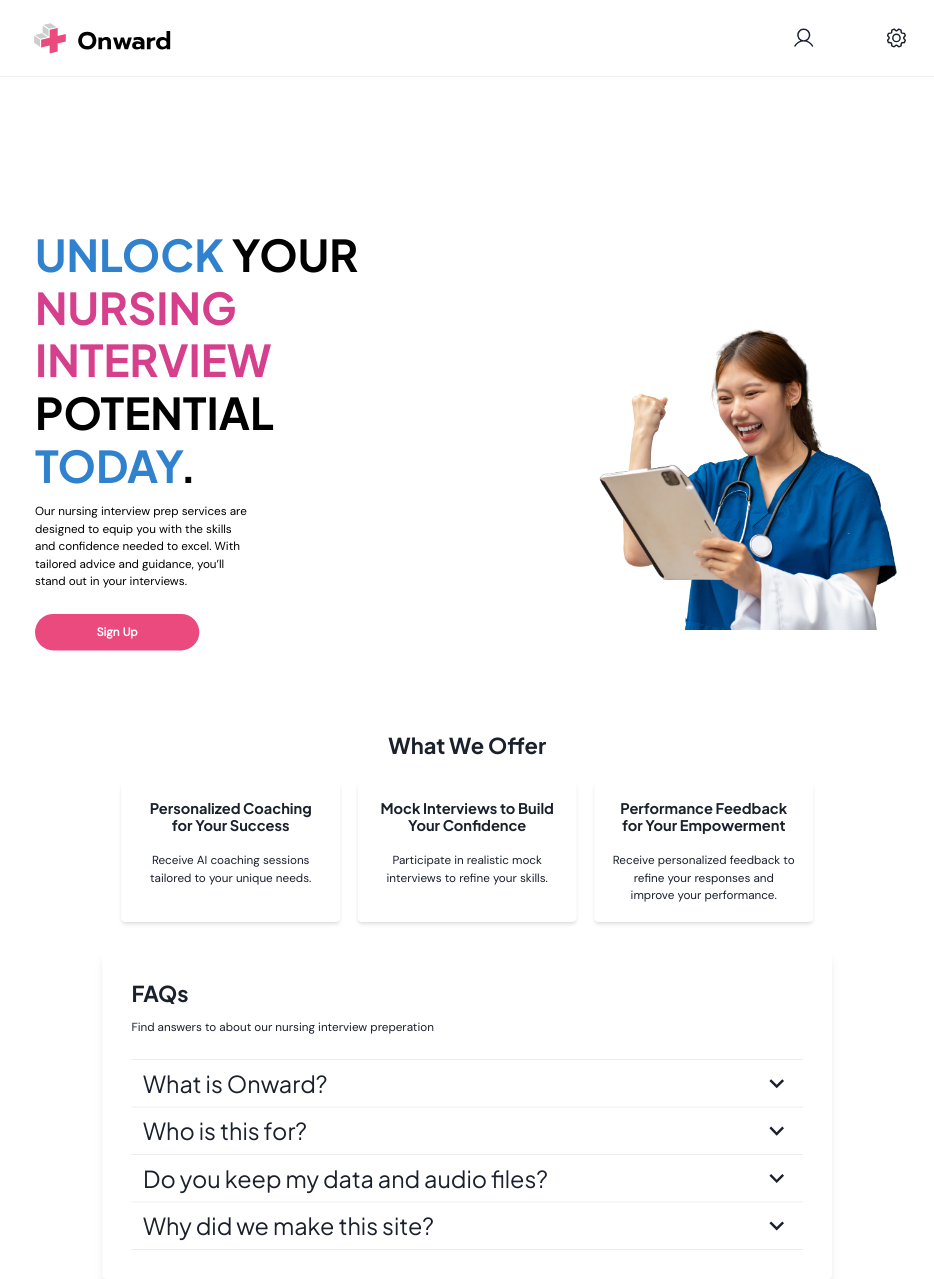
Repository: Aladdin3r/onward
Page: /landing-page
An editor plug-in stored every save of this project. The page is shown before and after the next save, followed by the edit.
The browser window is 1280 px wide. The pictures show the whole page, at 73% of full size.
The project was rebuilt for these pictures with package versions that can differ from the ones it lists, and the page was loaded fresh each time. The framework's server and built-in components were replaced by stand-ins that run in the browser. Also part of the build but not shown: next.config.mjs, styles/components/AppTopNav.js, styles/components/Layout.js.

Above is the page before, as saved 2024-10-29 02:25:58.

After the next save:
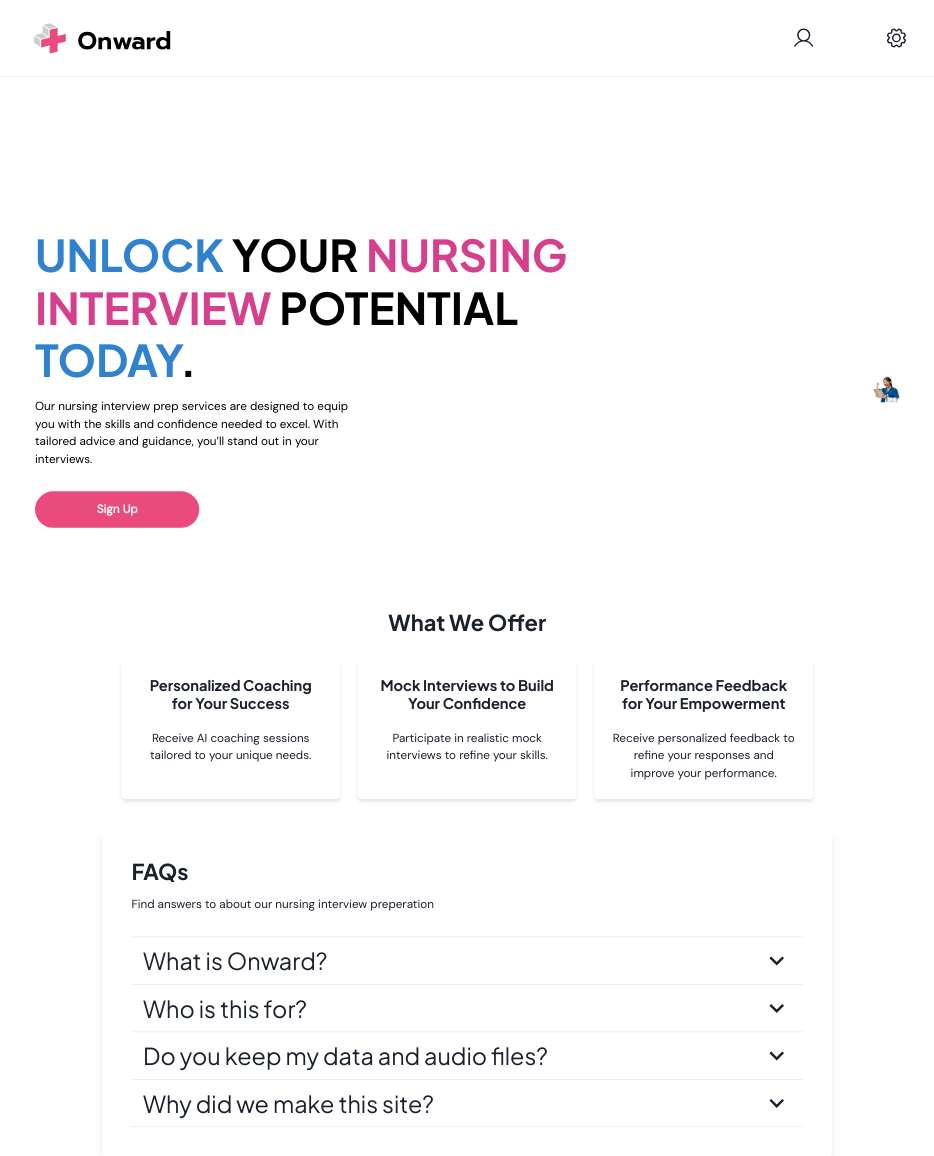
Saved 17 s later.
--- a/pages/landing-page.js
+++ b/pages/landing-page.js
@@ -80,7 +80,7 @@ export default function Home() {
                     </Flex>
 
 
-                    <Box width="35%" flexShrink={0}>
+                    <Box width="3%" flexShrink={0}>
                         <Image
                             src="/images/ipad-nurse.png"
                             alt="IPad Nurse"
